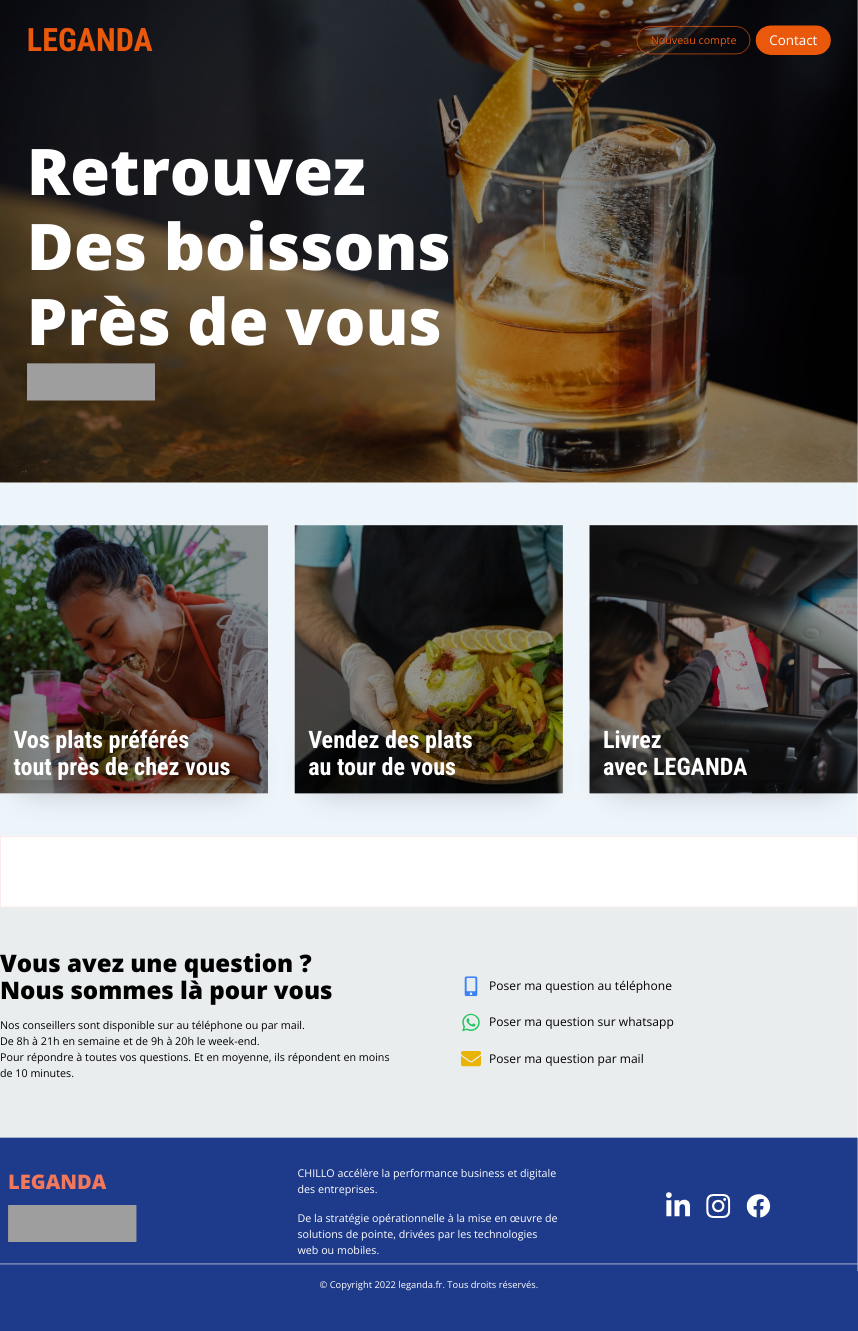
Repository: chillo-tech/website-leganda
Page: /
These files come from the project's save history. The page is drawn as it stood at one moment and after a run of saves; the edit follows.
The browser window is 1280 px wide. The pictures show the whole page, at 67% of full size.
Pictures or frames that could not be fetched are drawn as grey boxes. The project was rebuilt for these pictures with package versions that can differ from the ones it lists, and the page was loaded fresh each time. Some packages were replaced by stand-ins written for this rebuild. The framework's server and built-in components were replaced by stand-ins that run in the browser. Also part of the build but not shown: next.config.js, components/header/items/SearchBar.tsx.

Above is the page before, as saved 2023-02-09 11:19:12.

After the next 2 saves:
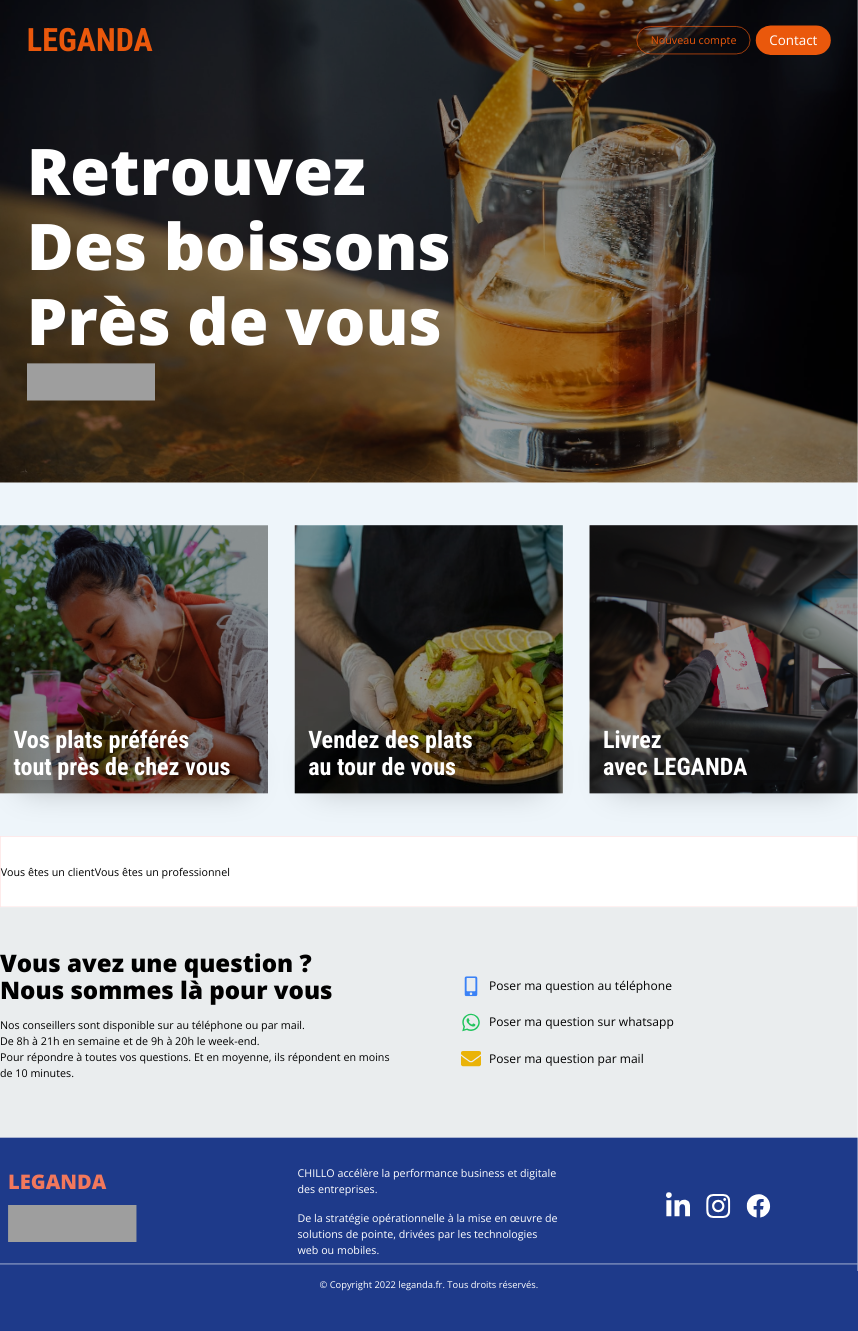
The 2 saves are shown as one change because they came seconds apart.
The last was saved 12 s later.
--- a/components/tabs/index.tsx
+++ b/components/tabs/index.tsx
@@ -6,7 +6,7 @@
       <ul className='flex'>
         {items.map((item: any, index: number) => (
           <li className={`tab-${index}`}>
-            <button type='button'></button>
+            <button type='button'>{item.label}</button>
           </li>
         ))}
       </ul>
